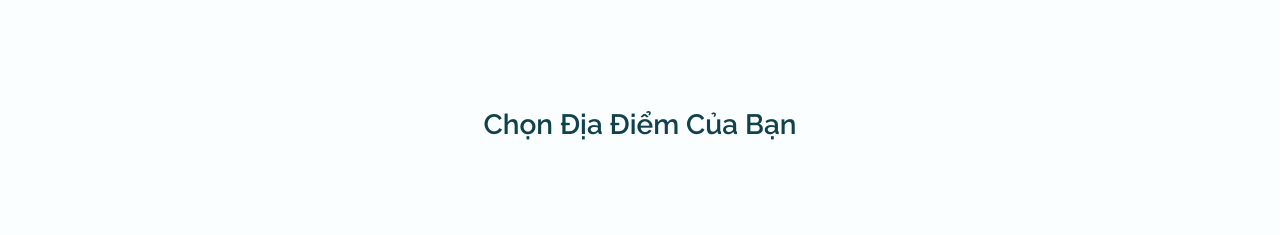
Repository: haokiet2501/travel-demo
Page: index.html
An editor plug-in stored every save of this project. The page is shown before and after a run of saves, followed by the edit.
The browser window is 1280 px wide. The pictures show the part of the page from y = 2764 to 3432 px (the page is 2999 px tall before and 3432 px after).
A picture or video elsewhere on the page could not be fetched, so the positions and the page height are approximate.

Above is the page before, as saved 2021-09-21 16:30:13.

### index.html
<!DOCTYPE html>
<html lang="en">

<head>
    <meta charset="UTF-8">
    <meta http-equiv="X-UA-Compatible" content="IE=edge">
    <meta name="viewport" content="width=device-width, initial-scale=1.0">
    <link href="https://cdn.jsdelivr.net/npm/remixicon@2.5.0/fonts/remixicon.css" rel="stylesheet">
    <link rel="stylesheet" href="/css/swiper-bundle.min.css">
    <link rel="stylesheet" href="/css/style.css">
    <title>Website Travel</title>
</head>

<body>
    <header class="header" id="header">
        <nav class="nav container">
            <a href="#" class="nav__logo">Du lịch</a>

            <div class="nav__menu" id="nav-menu">
                <ul class="nav__list">
                    <li class="nav__item">
                        <a href="#home" class="nav__link">Trang chủ</a>
                    </li>
                    <li class="nav__item">
                        <a href="#about" class="nav__link">Giới thiệu</a>
                    </li>
                    <li class="nav__item">
                        <a href="#discover" class="nav__link">Khám phá</a>
                    </li>
                    <li class="nav__item">
                        <a href="#place" class="nav__link">Địa điểm</a>
                    </li>
                </ul>

                <i class="ri-close-line nav__close" id="nav-close"></i>
            </div>

            <div class="nav__toggle" id="nav-toggle">
                <i class="ri-list-settings-line"></i>
            </div>
        </nav>
    </header>

    <main class="main">
        <!-- HOME -->
        <section class="home" id="home">
            <img src="assets/img/home1.jpg" alt="" class="home__img">

            <div class="home__container container grid">
                <div class="home__data">
                    <span class="home__data-subtitle">Khám phá địa điểm của bạn</span>
                    <h1 class="home__data-title">
                        Khám phá <br> Những <b>Bãi biển <br> Đẹp nhất</b>
                    </h1>
                    <a href="#" class="button">Khám phá</a>
                </div>

                <div class="home__social">
                    <a href="https://www.facebook.com/" target="_blank" class="home__social-link">
                        <i class="ri-facebook-box-fill"></i>
                    </a>

                    <a href="https://www.instagram.com/" target="_blank" class="home__social-link">
                        <i class="ri-instagram-fill"></i>
                    </a>

                    <a href="https://www.twitter.com/" target="_blank" class="home__social-link">
                        <i class="ri-twitter-fill"></i>
                    </a>
                </div>

                <div class="home__info">
                    <div>
                        <span class="home__info-title">5 địa điểm tốt nhất để tham quan</span>
                        <a href="#" class="button button--flex button--link home__info-button">
                            Xem <i class="ri-arrow-right-line"></i>
                        </a>
                    </div>

                    <div class="home__info-overlay">
                        <img src="/assets/img/home2.jpg" alt="" class="home__info-img">
                    </div>
                </div>
            </div>
        </section>

        <!-- ABOUT -->
        <section class="about section" id="about">
            <div class="about__container container grid">
                <div class="about__data">
                    <h2 class="section__title about__title">
                        Xem thêm thông tin <br> Về những bãi biển đẹp nhất
                    </h2>
                    <p class="about__description">
                        Bạn có thể tìm những nơi đẹp nhất của bãi biển phù hợp với giá tiền của bạn tại đây bạn có đội ngũ hỗ trợ cho bạn tất cả mà bạn không phải xếp hàng chờ.
                    </p>
                    <a href="#" class="button">Đặt chỗ ngay</a>
                </div>

                <div class="about__img">
                    <div class="about__img-overlay">
                        <img src="assets/img/about1.jpg" alt="" class="about__img-one">
                    </div>

                    <div class="about__img-overlay">
                        <img src="assets/img/about2.jpg" alt="" class="about__img-two">
                    </div>
                </div>
            </div>
        </section>

        <!-- Discover -->
        <section class="discover section" id="discover">
            <h2 class="section__title">Khám phá <br> những nơi hấp dẫn</h2>

            <div class="discover__container container swiper">
                <div class="swiper-wrapper">
                    <!-- Discover 1 -->
                    <div class="discover__card swiper-slide">
                        <img src="assets/img/discover1.jpg" alt="" class="discover__img">
                        <div class="discover__data">
                            <h2 class="discover__title">Bali</h2>
                            <span class="discover__description">24 chuyến tham quan</span>
                        </div>
                    </div>

                    <!-- Discover 2 -->
                    <div class="discover__card swiper-slide">
                        <img src="assets/img/discover2.jpg" alt="" class="discover__img">
                        <div class="discover__data">
                            <h2 class="discover__title">Hawaii</h2>
                            <span class="discover__description">15 chuyến tham quan</span>
                        </div>
                    </div>

                    <!-- Discover 3 -->
                    <div class="discover__card swiper-slide">
                        <img src="assets/img/discover3.jpg" alt="" class="discover__img">
                        <div class="discover__data">
                            <h2 class="discover__title">Hvar</h2>
                            <span class="discover__description">18 chuyến tham quan</span>
                        </div>
                    </div>

                    <!-- Discover 4 -->
                    <div class="discover__card swiper-slide">
                        <img src="assets/img/discover4.jpg" alt="" class="discover__img">
                        <div class="discover__data">
                            <h2 class="discover__title">Whitehaven</h2>
                            <span class="discover__description">32 chuyến tham quan</span>
                        </div>
                    </div>
                </div>
            </div>
        </section>

        <!-- Experience -->
        <section class="experience section">
            <h2 class="section__title">
                Với kinh nghiệm nhiều năm <br> Chúng tôi sẽ phục vụ bạn
            </h2>

            <div class="experience__container container grid">
                <div class="experience__content grid">
                    <div class="experience__data">
                        <h2 class="experience__number">20</h2>
                        <span class="experience__description">Năm <br> Kinh nghiệm</span>
                    </div>

                    <div class="experience__data">
                        <h2 class="experience__number">75</h2>
                        <span class="experience__description">
                            Các chuyến tham quan <br> Hoàn chỉnh
                        </span>
                    </div>

                    <div class="experience__data">
                        <h2 class="experience__number">500+</h2>
                        <span class="experience__description">Địa điểm <br> Du lịch</span>
                    </div>
                </div>

                <div class="experience__img grid">
                    <div class="experience__overlay">
                        <img src="assets/img/experience1.jpg" alt="" class="experience__img-one">
                    </div>

                    <div class="experience__overlay">
                        <img src="assets/img/experience2.jpg" alt="" class="experience__img-two">
                    </div>
                </div>
            </div>
        </section>

        <!-- Video -->
        <section class="video section">
            <h2 class="section__title">Video tham quan</h2>

            <div class="video__container container">
                <p class="video__description">
                    Video của chúng tôi gửi đến cho bạn và gia đình bạn những hình ảnh đẹp mắt.
                </p>

                <div class="video__content">
                    <video class="video__file" id="video-file">
                        <source src="video/video.mp4" type="video/mp4">
                    </video>

                    <button class="button button--flex video__button" id="video-button">
                        <i class="ri-play-line video__button-icon" id="video-icon"></i>
                    </button>
                </div>
            </div>
        </section>

        <!-- Place -->
        <section class="place section" id="place">
            <h2 class="section__title">Chọn địa điểm của bạn</h2>

            <div class="place__container container grid">
                <!-- Place card 1 -->
                <div class="place__card">
                    <img src="" alt="" class="place__img">
                </div>
            </div>
        </section>
    </main>

    <!-- Swiper Js -->
    <script src="js/swiper-bundle.min.js"></script>

    <!-- JS -->
    <script src="js/script.js"></script>
</body>

</html>

### css/style.css
/* Google Font */
@import url('https://fonts.googleapis.com/css2?family=Open+Sans:wght@400;600&family=Raleway:wght@500;600;700&display=swap');

/* Variables css */
:root {
    --header-height: 3rem;

    /* Colors */
    --hue-color: 190;

    /* HSL color mode */
    --first-color: hsl(var(--hue-color), 64%, 12%);
    --first-color-second: hsl(var(--hue-color), 64%, 22%);
    --first-color-alt: hsl(var(--hue-color), 64%, 15%);
    --title-color: hsl(var(--hue-color), 64%, 18%);
    --text-color: hsl(var(--hue-color), 24%, 35%);
    --text-color-light: hsl(var(--hue-color), 8%, 60%);
    --input-color: hsl(var(--hue-color), 24%, 97%);
    --body-color: hsl(var(--hue-color), 100%, 99%);
    --white-color: #FFF;
    --scroll-bar-color: hsl(var(--hue-color), 12%, 90%);
    --scroll-thumb-color: hsl(var(--hue-color), 12%, 75%);

    /* Font and typography */
    --body-font: 'Open Sans', sans-serif;
    --title-font: 'Raleway', sans-serif;
    --biggest-font-size: 2.5rem;
    --h1-font-size: 1.5rem;
    --h2-font-size: 1.25rem;
    --h3-font-size: 1rem;
    --normal-font-size: .938rem;
    --small-font-size: .813rem;
    --smaller-font-size: .75rem;

    /* Font Weight */
    --font-medium: 500;
    --font-semi-bold: 600;

    /* Margin Bottom */
    --mb-0-25: .25rem;
    --mb-0-5: .5rem;
    --mb-0-75: .75rem;
    --mb-1: 1rem;
    --mb-1-25: 1.25rem;
    --mb-1-5: 1.5rem;
    --mb-2: 2rem;
    --mb-2-5: 2.5rem;

    /* Z-index */
    --z-tooltip: 10;
    --z-fixed: 100;

    /* Hover overlay */
    --img-transition: .3s;
    --img-hidden: hidden;
    --img-scale: scale(1.1);
}

@media screen and (min-width: 960px) {
    :root {
        --biggest-font-size: 4rem;
        --h1-font-size: 2.25rem;
        --h2-font-size: 1.75rem;
        --h3-font-size: 1.25rem;
        --normal-font-size: 1rem;
        --small-font-size: .875rem;
        --smaller-font-size: .813rem;
    }
}

/* Base */
* {
    padding: 0;
    margin: 0;
    box-sizing: border-box;
}

html {
    scroll-behavior: smooth;
}

body {
    margin: var(--header-height) 0 0 0;
    font-family: var(--body-font);
    font-size: var(--normal-font-size);
    background-color: var(--body-color);
    color: var(--text-color);
}

h1,h2,h3 {
    color: var(--title-color);
    font-weight: var(--font-semi-bold);
    font-family: var(--title-font);
}

ul {
    list-style: none;
}

a {
    text-decoration: none;
}

img, video {
    max-width: 100%;
    height: auto;
}

button, input {
    border: none;
    font-family: var(--body-font);
    font-size: var(--normal-font-size);
}

button {
    cursor: pointer;
}

input {
    outline: none;
}

/* Reusable css classed */
.section {
    padding: 4.5rem 0 2.5rem;
}

.section__title {
    font-size: var(--h2-font-size);
    color: var(--title-color);
    text-align: center;
    text-transform: capitalize;
    margin-bottom: var(--mb-2);
}

.container {
    max-width: 960px;
    margin-left: var(--mb-1);
    margin-right: var(--mb-1);
}

.grid {
    display: grid;
    gap: 1.5rem;
}

/* HEADER */
.header {
    width: 100%;
    position: fixed;
    top: 0;
    left: 0;
    z-index: var(--z-fixed);
    background-color: transparent;
}

/* NAV */
.nav {
    display: flex;
    justify-content: space-between;
    align-items: center;
    height: var(--header-height);
}

.nav__logo, .nav__toggle {
    color: var(--white-color);
}

.nav__logo {
    font-weight: var(--font-semi-bold);
}

.nav__toggle {
    font-size: 1.2rem;
    cursor: pointer;
}

.nav__menu {
    position: relative;
}

@media screen and (max-width: 767px) {
    .nav__menu {
        position: fixed;
        background-color: var(--body-color);
        top: 0;
        right: -100%;
        width: 70%;
        height: 100%;
        box-shadow: -1px 0 4px hsla(var(--hue-color), 64%, 15%, .15);
        padding: 3rem;
        transition: .4s;
    }
}

.nav__list {
    display: flex;
    flex-direction: column;
    row-gap: 2.5rem;
}

.nav__link {
    color: var(--text-color-light);
    font-weight: var(--font-semi-bold);
    text-transform: uppercase;
}

.nav__link:hover {
    color: var(--text-color);
}

.nav__close {
    position: absolute;
    top: .75rem;
    right: 1rem;
    font-size: 1.5rem;
    color: var(--title-color);
    cursor: pointer;
}

/* Show-Menu */
.show-menu {
    right: 0;
}

/* Change background header */
.scroll-header {
    background-color: var(--body-color);
    box-shadow: 0 0 4px hsla(var(--hue-color), 64%, 15%, .15);
}

.scroll-header .nav__logo,
.scroll-header .nav__toggle {
    color: var(--title-color);
}

/* HOME */
.home__img {
    position: absolute;
    top: 0;
    left: 0;
    width: 100%;
    height: 100vh;
    object-fit: cover;
    object-position: 83%;
}

.home__container {
    position: relative;
    height: calc(100vh - var(--header-height));
    align-content: center;
    row-gap: 3rem;
}

.home__data-subtitle, .home__data-title,
.home__social-link, .home__info {
    color: var(--white-color);
}

.home__data-subtitle {
    display: block;
    font-weight: var(--font-semi-bold);
    margin-bottom: var(--mb-0-75);
}

.home__data-title {
    font-size: var(--biggest-font-size);
    font-weight: var(--font-medium);
    margin-bottom: var(--mb-2-5);
}

.home__social {
    display: flex;
    flex-direction: column;
    row-gap: 1.5rem;
}

.home__social-link {
    font-size: 1.2rem;
    width: max-content;
}

.home__info {
    background-color: var(--first-color);
    display: flex;
    padding: 1.5rem 1rem;
    align-items: center;
    column-gap: .5rem;
    position: absolute;
    right: 0;
    bottom: 1rem;
    width: 228px;
    border-radius: 6px;
}

.home__info-title {
    display: block;
    font-size: var(--small-font-size);
    font-weight: var(--font-semi-bold);
    margin-bottom: var(--mb-0-75);
}

.home__info-button {
    font-size: var(--smaller-font-size);
}

.home__info-overlay {
    overflow: var(--img-hidden);
}

.home__info-img {
    width: 145px;
    transition: var(--img-transition);
}

.home__info-img:hover {
    transform: var(--img-scale);
}

/* BUTTON */
.button {
    display: inline-block;
    padding: 1rem 2rem;
    background-color: var(--first-color);
    color: var(--white-color);
    font-weight: var(--font-semi-bold);
    transition: .3s;
    border-radius: 4px;
}

.button:hover {
    background-color: var(--first-color-alt);
}

.button--flex {
    display: flex;
    align-items: center;
    column-gap: .25rem;
}

.button--link {
    background: none;
    padding: 0;
}

.button--link:hover {
    background: none;
}

/* About */
.about__data {
    text-align: center;
}

.about__container {
    row-gap: 2.5rem;
}

.about__description {
    margin-bottom: var(--mb-2);
}

.about__img {
    display: flex;
    column-gap: 1rem;
    align-items: center;
    justify-content: center;
}

.about__img-overlay {
    overflow: var(--img-hidden);
}

.about__img-one {
    width: 130px;
}

.about__img-two {
    width: 180px;
}

.about__img-one,
.about__img-two {
    transition: var(--img-transition);
}

.about__img-one:hover,
.about__img-two:hover {
    transform: var(--img-scale);
}

/* DISCOVER */
.discover__card {
    position: relative;
    width: 200px;
    overflow: var(--img-hidden);
}

.discover__data {
    position: absolute;
    bottom: 1.5rem;
    left: 1rem;
}

.discover__title,
.discover__description {
    color: var(--white-color);
}

.discover__title {
    font-size: var(--h3-font-size);
    margin-bottom: var(--mb-0-25);
}

.discover__description {
    display: block;
    font-size: var(--smaller-font-size);
}

.discover__img {
    transition: var(--img-transition);
}

.discover__img:hover {
    transform: var(--img-scale);
}

.swiper-3d .swiper-slide-shadow-left,
.swiper-3d .swiper-slide-shadow-right {
    background-image: none;
}

/* Experience */
.experience__container {
    row-gap: 2.5rem;
    justify-content: center;
    justify-items: center;
}

.experience__content {
    grid-template-columns: repeat(3, 1fr);
    column-gap: 1rem;
    justify-items: center;
    padding: 0 2rem;
}

.experience__number {
    font-size: var(--h2-font-size);
    font-weight: var(--font-semi-bold);
    margin-bottom: var(--mb-0-5);
}

.experience__description {
    font-size: var(--small-font-size);
}

.experience__img {
    position: relative;
    padding-bottom: 2rem;
}

.experience__overlay:nth-child(1) {
    width: 263px;
    margin-right: 2rem;
}

.experience__overlay:nth-child(2) {
    width: 120px;
    position: absolute;
    top: 2rem;
    right: 0;
}

.experience__img-one,
.experience__img-two {
    transition: var(--img-transition);
}

.experience__img-one:hover,
.experience__img-two:hover {
    transform: var(--img-scale);
}

.experience__overlay {
    overflow: var(--img-hidden);
}

/* VIDEO */
.video__container {
    padding-bottom: 1rem;
}

.video__description {
    text-align: center;
    margin-bottom: var(--mb-2-5);
}

.video__content {
    position: relative;
}

.video__file {
    border-radius: 4px;
}

.video__button {
    position: absolute;
    right: 1rem;
    bottom: -1rem;
    padding: 1rem 1.5rem;
}

.video__button-icon {
    font-size: 1.2rem;
}

### js/script.js
// Show Menu
const navMenu = document.getElementById("nav-menu"),
  navToggle = document.getElementById("nav-toggle"),
  navClose = document.getElementById("nav-close");

if (navToggle) {
  navToggle.addEventListener("click", () => {
    navMenu.classList.add("show-menu");
  });
}

if (navClose) {
  navClose.addEventListener("click", () => {
    navMenu.classList.remove("show-menu");
  });
}

// Remove menu Mobile
const navLink = document.querySelectorAll(".nav__link");

function linkAction() {
  const navMenu = document.getElementById("nav-menu");

  navMenu.classList.remove("show-menu");
}
navLink.forEach((n) => n.addEventListener("click", linkAction));

// Change background header
function scrollHeader() {
  const header = document.getElementById("header");

  if (this.scrollY >= 100) header.classList.add("scroll-header");
  else header.classList.remove("scroll-header");
}
window.addEventListener("scroll", scrollHeader);

// Swiper js
var swiper = new Swiper(".discover__container", {
  effect: "coverflow",
  grabCursor: true,
  centeredSlides: true,
  slidesPerView: "auto",
  loop:true,
  spaceBetween: 32,
  coverflowEffect: {
    rotate: 0,
  },
});

// Video

const videoFile = document.getElementById('video-file'),
      videoButton = document.getElementById('video-button'),
      videoIcon = document.getElementById('video-icon')

function playPause() {
    if(videoFile.paused) {
        // Play video
        videoFile.play()

        // We change the icon
        videoIcon.classList.add('ri-pause-line')
        videoIcon.classList.remove('ri-play-line')
    } else {
        // Pause video
        videoFile.pause()

        // We change the icon
        videoIcon.classList.remove('ri-pause-line')
        videoIcon.classList.add('ri-play-line')
    }
}

videoButton.addEventListener('click', playPause)

function finalVideo() {
    // Video end, icon change
    videoIcon.classList.remove('ri-pause-line')
    videoIcon.classList.remove('ri-play-line')
}

videoFile.addEventListener('ended', finalVideo)

Loaded but not shown: css/swiper-bundle.min.css (library); js/swiper-bundle.min.js (library)

After the next 3 saves:
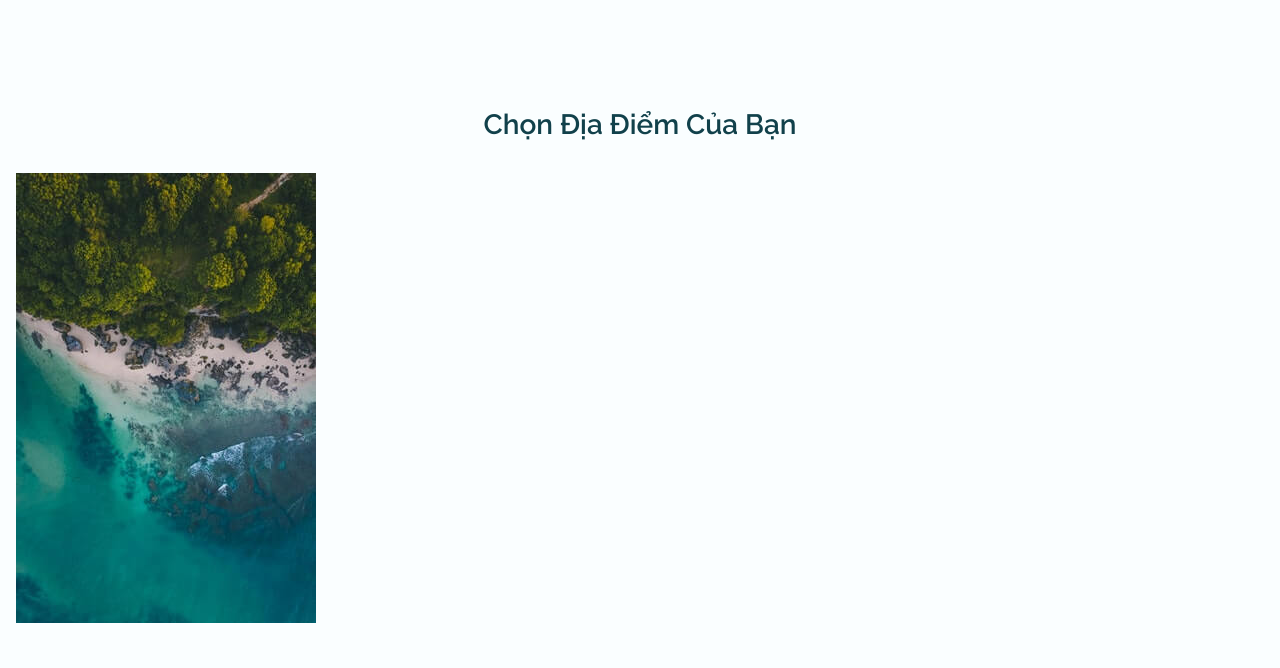
The 3 saves are shown as one change because they came seconds apart.
The last was saved 14 s later.
--- a/index.html
+++ b/index.html
@@ -220,7 +220,7 @@
             <div class="place__container container grid">
                 <!-- Place card 1 -->
                 <div class="place__card">
-                    <img src="" alt="" class="place__img">
+                    <img src="assets/img/place1.jpg" alt="" class="place__img">
                 </div>
             </div>
         </section>
